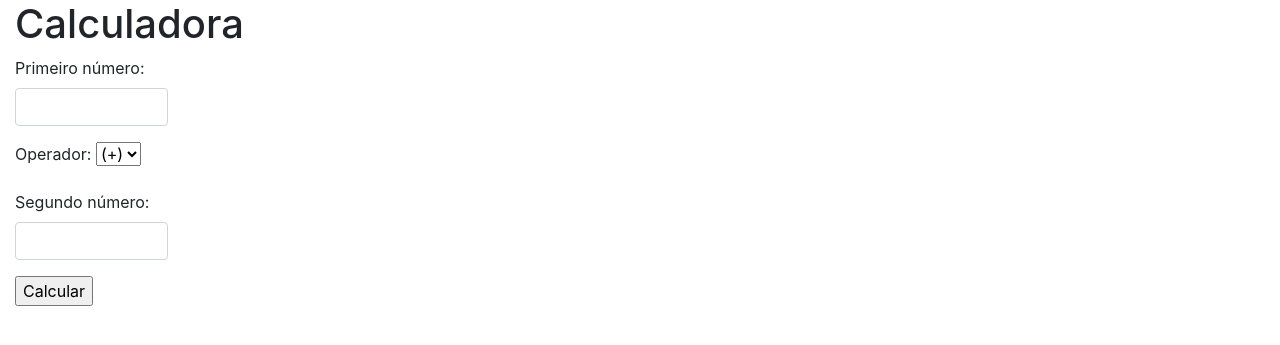
Repository: babirms/DAC
Page: Calculadora/WebContent/home.html
An editor plug-in stored every save of this project. The page is shown before and after the next save, followed by the edit.
The browser window is 1280 px wide. The pictures show the whole page.

Above is the page before, as saved 2020-09-20 22:40:27.
Console error (its wording comes from the project's code and is left out).

### Calculadora/WebContent/home.html
<!DOCTYPE html>
<html>
<head>
<meta charset="ISO-8859-1">
<title>Calculadora - Página Inicial</title>
<link href="bootstrap/css/bootstrap.min.css" rel="stylesheet"
	type="text/css" />
<script type="text/javascript" src="bootstrap/js/bootstrap.min.js"></script>
</head>
<body>

	<div class="col-md-6 my-auto">
		<h1>Calculadora</h1>
		<form action="CalculadoraServlet" method="get">
			<div class="form-group">
				<label for="primeiroNum">Primeiro número: </label> <input
					type="number" class="form-control col-sm-3" name="primeiroValue"
					id="primeiroNum ">
			</div>
			<div class="form-group">
				<label>Operador: </label> <select name="operacao">
					<option value="soma">(+)</option>
					<option value="sub">(-)</option>
					<option value="mul">(*)</option>
					<option value="div">(/)</option>
				</select>
			</div>
			<div class="form-group">
				<label for="segundoNum">Segundo número: </label> <input
					type="number" id="segundoNum" class="form-control col-sm-3"
					name="segundoValue">
			</div>
			<input type="submit" value="Calcular">
		</form>
	</div>

</body>
</html>

Loaded but not shown: Calculadora/WebContent/bootstrap/css/bootstrap.min.css (library); Calculadora/WebContent/bootstrap/js/bootstrap.min.js (library)

After the next save:
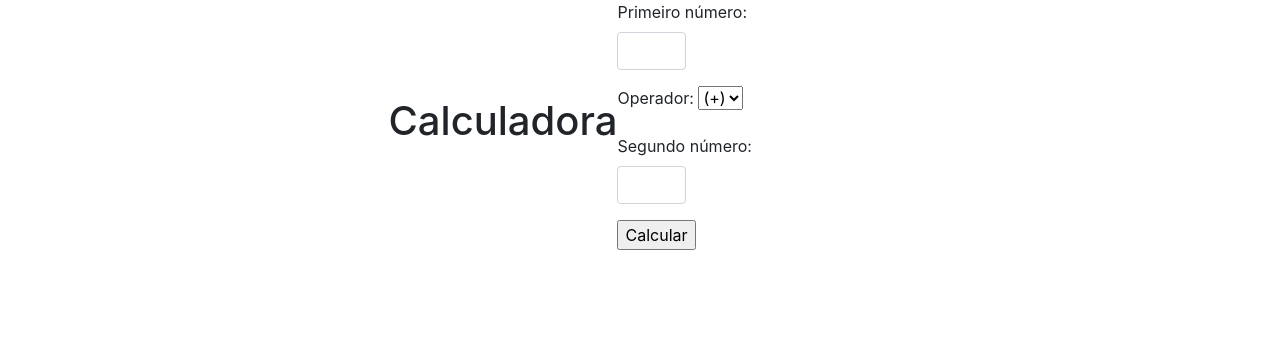
Saved 16 s later.
--- a/Calculadora/WebContent/home.html
+++ b/Calculadora/WebContent/home.html
@@ -9,7 +9,7 @@
 </head>
 <body>
 
-	<div class="col-md-6 my-auto">
+	<div class="d-flex align-items-center justify-content-center">
 		<h1>Calculadora</h1>
 		<form action="CalculadoraServlet" method="get">
 			<div class="form-group">
